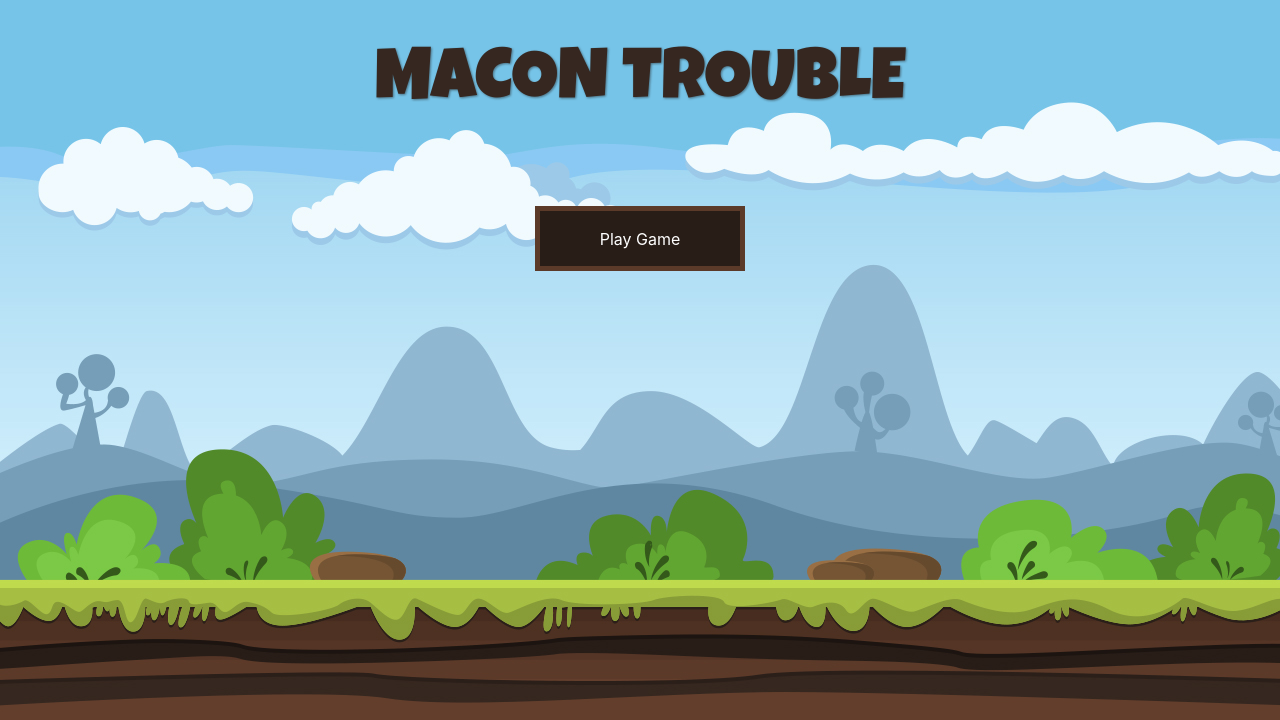
Repository: utsukushiihime/macon-trouble
Page: index.html
The author's editor kept a copy of each file at every save. The page is drawn from the files as they stood at one save, then again after the next save.
The browser window is 1280 px wide. The pictures show the whole page.
Some web libraries are served in a nearby version.

Above is the page before, as saved 2020-09-03 18:59:08.

After the next save:
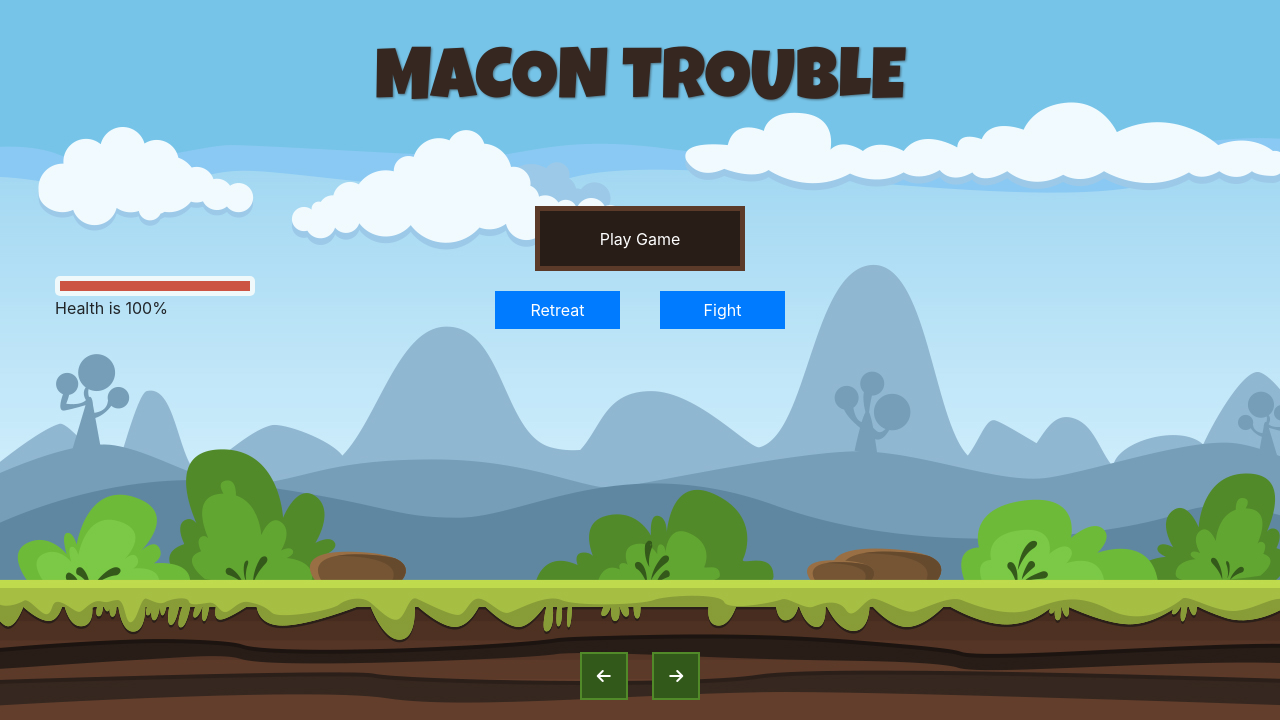
Console error: SyntaxError: Unexpected identifier 'console'
Saved 6 min 15 s later.
--- a/js/app.js
+++ b/js/app.js
@@ -541,7 +541,7 @@
 
 $('.attack').on('click', function() {
     console.log(monsterHealth);
-   let monsterDamage = monsterHealth - (monsterHealth - ( warriorAttack * warriorAccuracy ));
+   let monsterDamage = monsterHealth - (monsterHealth - ( warriorAttack (Math.floor(Math.random() * warriorAccuracy )))
     console.log(monsterDamage);
    $('.modal-body').append(`You did ${Math.floor(monsterDamage)} damage.`);
 });

After the save that followed:
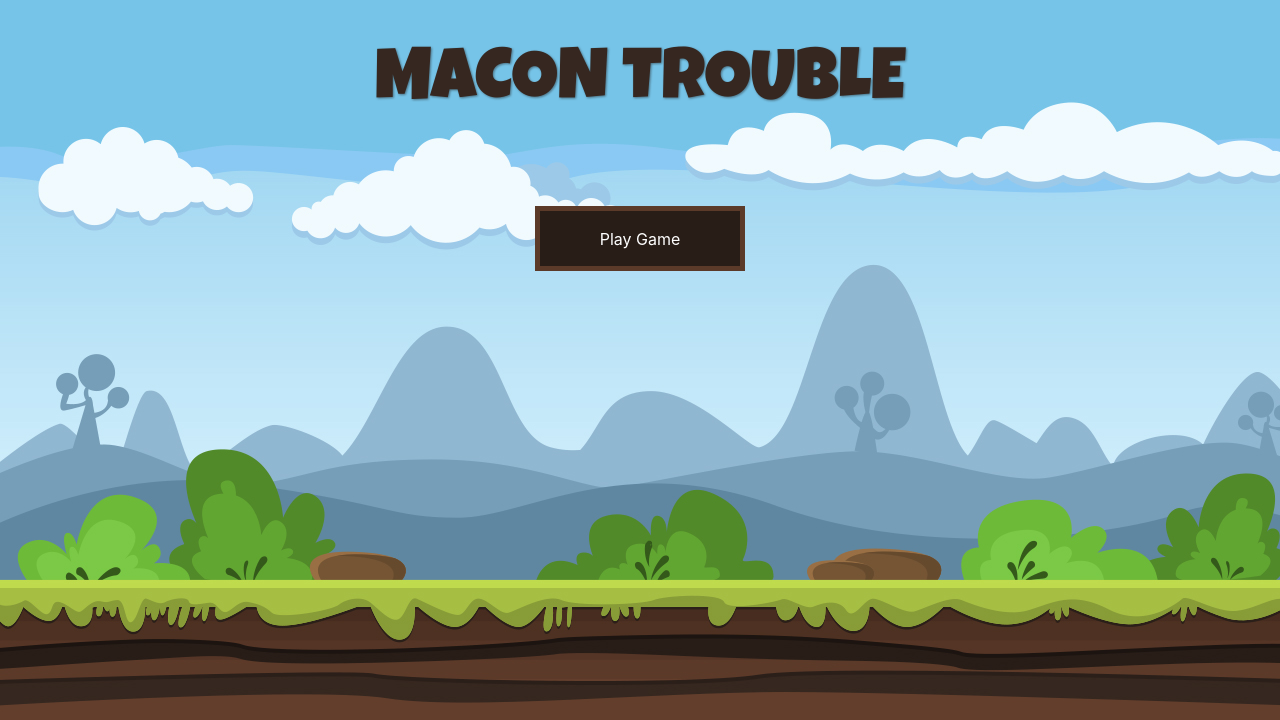
The error is gone.
Saved 14 s later.
--- a/js/app.js
+++ b/js/app.js
@@ -541,7 +541,7 @@
 
 $('.attack').on('click', function() {
     console.log(monsterHealth);
-   let monsterDamage = monsterHealth - (monsterHealth - ( warriorAttack (Math.floor(Math.random() * warriorAccuracy )))
+   let monsterDamage = monsterHealth - (monsterHealth - ( warriorAttack * warriorAccuracy ));
     console.log(monsterDamage);
    $('.modal-body').append(`You did ${Math.floor(monsterDamage)} damage.`);
 });
